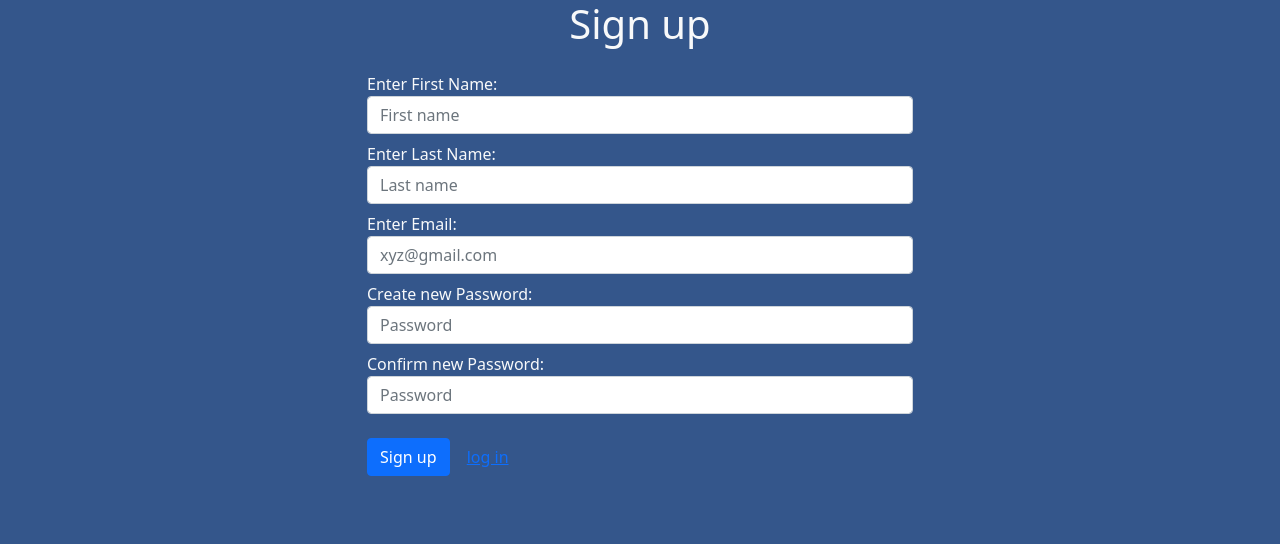
Repository: paresh-art/MyWebsite
Page: http://localhost/com.website/index.jsp
These files come from the project's save history. The page is drawn as it stood at one moment and after the next save; the edit follows.
The browser window is 1280 px wide. The pictures show the whole page.
The page is served by Tomcat 9. Other server files are loaded and not shown.

Above is the page before, as saved 2022-11-07 15:20:34.

### com.website/src/main/webapp/index.jsp
<%@ page language="java" contentType="text/html; charset=UTF-8"
	pageEncoding="UTF-8"%>
<!doctype html>
<html lang="en">
<head>
<!-- Required meta tags -->
<meta charset="utf-8">
<meta name="viewport" content="width=device-width, initial-scale=1">
<link href="styles.css" rel="mystylesheet">
<!-- Bootstrap CSS -->
<link
	href="https://cdn.jsdelivr.net/npm/bootstrap@5.0.2/dist/css/bootstrap.min.css"
	rel="stylesheet"
	integrity="sha384-EVSTQN3/azprG1Anm3QDgpJLIm9Nao0Yz1ztcQTwFspd3yD65VohhpuuCOmLASjC"
	crossorigin="anonymous">

<title>Hello, world!</title>
</head>
<body style="background-color:#34568B;">
	<div class="container">
		<h1 class="mx-auto text-center text-light">Sign up</h1>
		<form class="mt-4">
			<div class="row">
				<div class="col-lg-6 col-md-8 col-sm-12 mx-auto text-light">
					Enter First Name:<input type="text" class="form-control"
						placeholder="First name">
				</div>
			</div>

			<div class="row mt-2">
				<div class="col-lg-6 col-md-8 col-sm-12 mx-auto text-light">
					Enter Last Name:<input type="text" class="form-control"
						placeholder="Last name" >
				</div>
			</div>
			<div class="row mt-2">
				<div class="col-lg-6 col-md-8 col-sm-12 mx-auto text-light">
					Enter Email:<input type="text" class="form-control"
						placeholder="xyz@gmail.com">
				</div>
			</div>
			<div class="row mt-2">
				<div class="col-lg-6 col-md-8 col-sm-12 mx-auto text-light">
					Create new Password:<input type="password" class="form-control"
						placeholder="Password">
				</div>
			</div>
			<div class="row mt-2">
				<div class="col-lg-6 col-md-8 col-sm-12 mx-auto text-light">
					Confirm new Password:<input type="password" class="form-control"
						placeholder="Password">
				</div>
			</div>
			<br>
			<div class="row">
				<div class="col-lg-6 col-md-8 col-sm-12 mx-auto text-light">
					<button class="btn btn-primary " type="submit">Sign up</button>
					<button type="button" class="btn btn-link offset-12">log in</button>
				</div>

			</div>
		</form>


		<!-- Optional JavaScript; choose one of the two! -->

		<!-- Option 1: Bootstrap Bundle with Popper -->
		<script
			src="https://cdn.jsdelivr.net/npm/bootstrap@5.0.2/dist/js/bootstrap.bundle.min.js"
			integrity="sha384-MrcW6ZMFYlzcLA8Nl+NtUVF0sA7MsXsP1UyJoMp4YLEuNSfAP+JcXn/tWtIaxVXM"
			crossorigin="anonymous"></script>

		<!-- Option 2: Separate Popper and Bootstrap JS -->
		<!--
    <script src="https://cdn.jsdelivr.net/npm/@popperjs/core@2.9.2/dist/umd/popper.min.js" integrity="sha384-IQsoLXl5PILFhosVNubq5LC7Qb9DXgDA9i+tQ8Zj3iwWAwPtgFTxbJ8NT4GN1R8p" crossorigin="anonymous"></script>
    <script src="https://cdn.jsdelivr.net/npm/bootstrap@5.0.2/dist/js/bootstrap.min.js" integrity="sha384-cVKIPhGWiC2Al4u+LWgxfKTRIcfu0JTxR+EQDz/bgldoEyl4H0zUF0QKbrJ0EcQF" crossorigin="anonymous"></script>
    -->
</body>
</html>

After the next save:
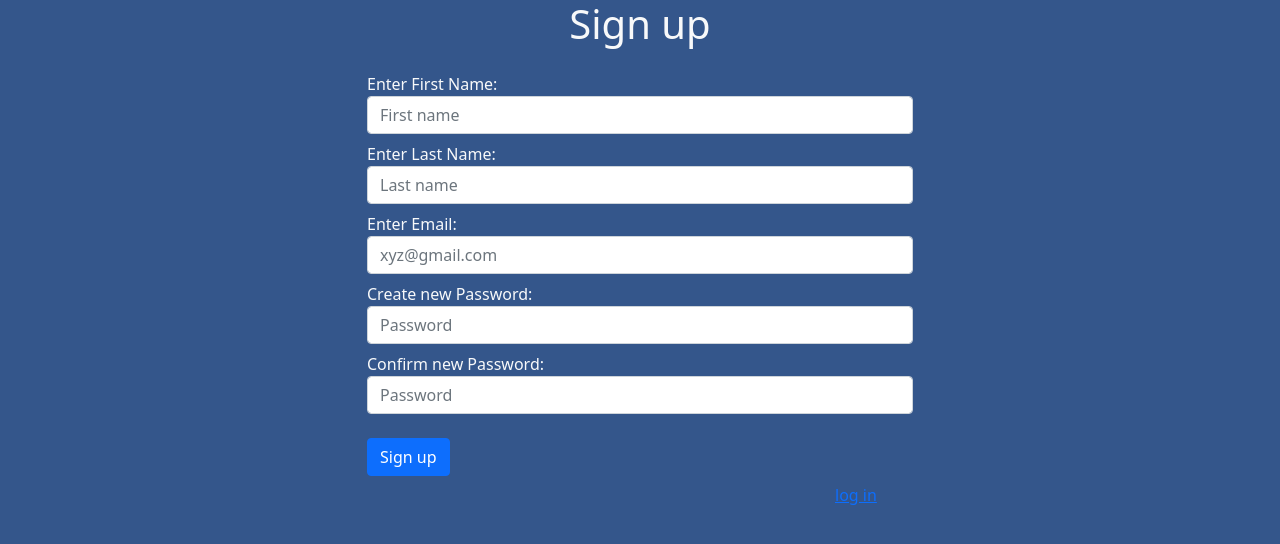
Saved 17 s later.
--- a/com.website/src/main/webapp/index.jsp
+++ b/com.website/src/main/webapp/index.jsp
@@ -55,7 +55,7 @@
 			<div class="row">
 				<div class="col-lg-6 col-md-8 col-sm-12 mx-auto text-light">
 					<button class="btn btn-primary " type="submit">Sign up</button>
-					<button type="button" class="btn btn-link offset-12">log in</button>
+					<button type="button" class="btn btn-link offset-10">log in</button>
 				</div>
 
 			</div>
